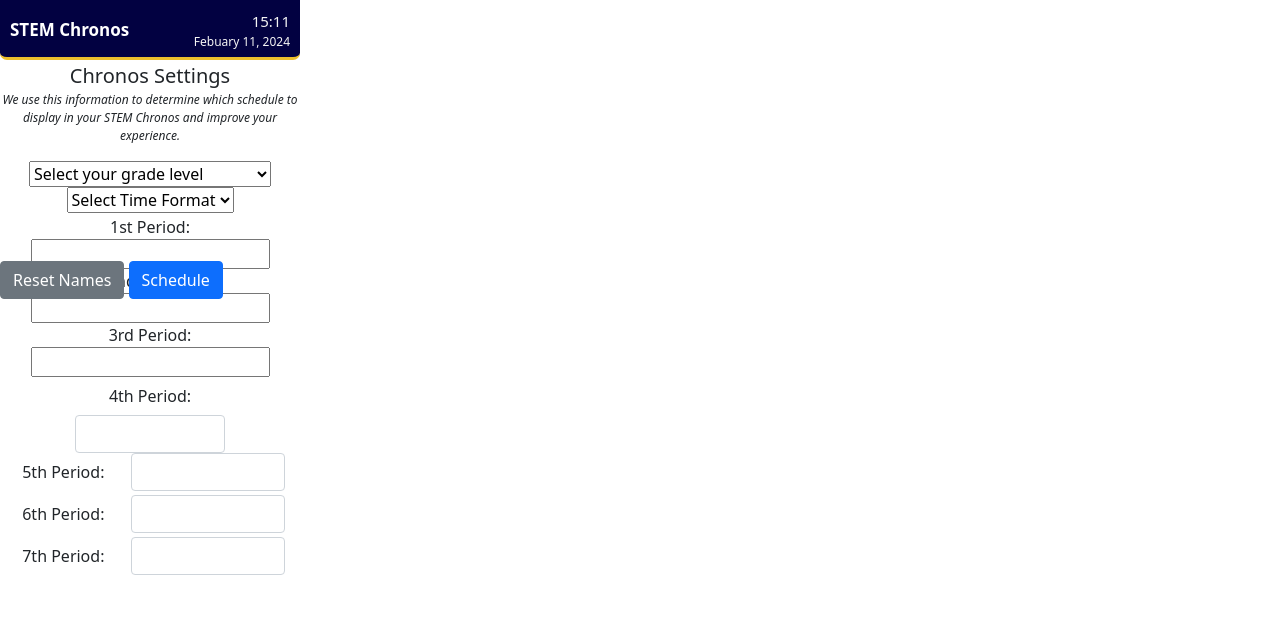
Repository: EvanHughes-dev/StemChronos
Page: StemChronos2.0/Settings/Settings.html
An editor plug-in stored every save of this project. The page is shown before and after the next save, followed by the edit.
The browser window is 1280 px wide. The pictures show the whole page.

Above is the page before, as saved 2024-04-23 15:38:23.
Console error: TypeError: Cannot read properties of null (reading 'addEventListener')

After the next save:
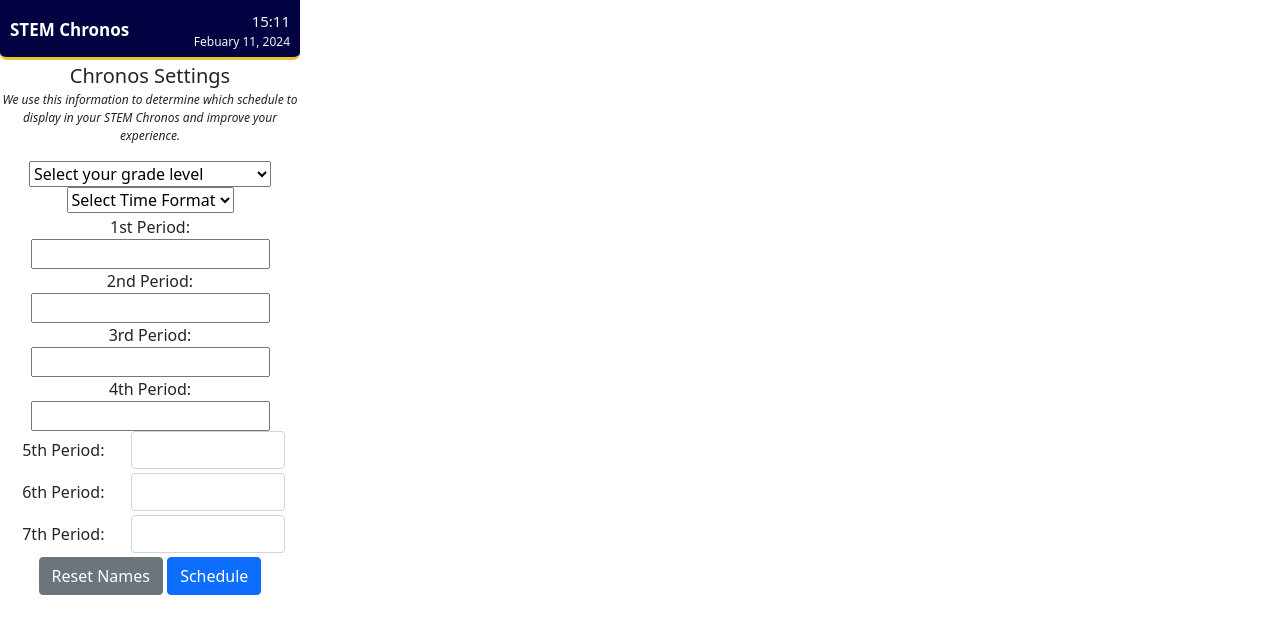
Saved 11 s later.
--- a/StemChronos2.0/Settings/Settings.html
+++ b/StemChronos2.0/Settings/Settings.html
@@ -66,9 +66,9 @@
                     <label for="Third">3rd Period:</label>
                     <input name="Third" type="text" id="ThirdVal" />
                 </div>
-                <div></div>
-                    <label class="col-sm-4 col-form-label mx-3" for="Fourth">4th Period:</label>
-                    <input class="col-sm-10 form-control w-50 col-auto" name="Fourth" type="text" id="FourthVal" />
+                <div>
+                    <label for="Fourth">4th Period:</label>
+                    <input name="Fourth" type="text" id="FourthVal" />
                 </div>
                 <div class="row g-2 mb-1">
                     <label class="col-sm-4 col-form-label mx-3" for="Fifth">5th Period:</label>
